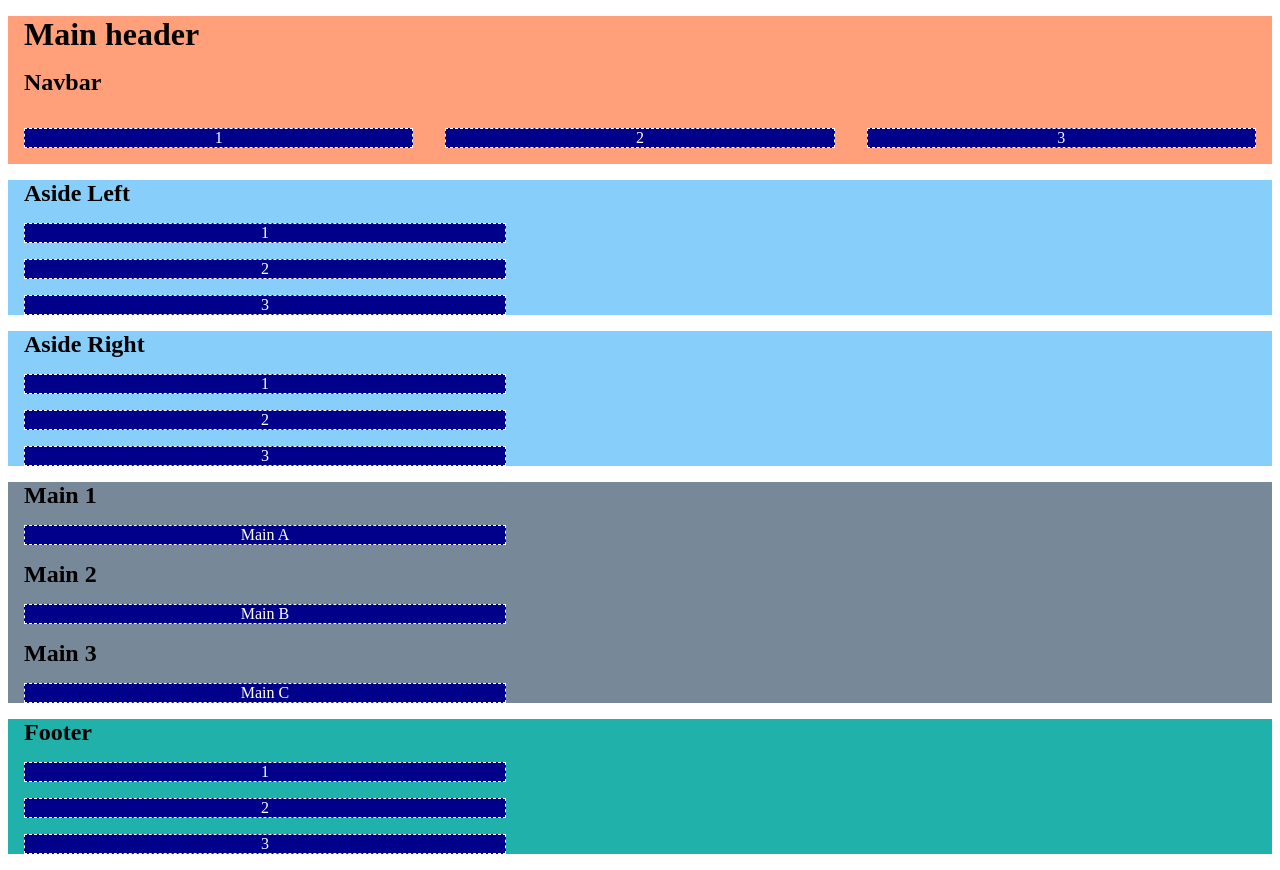
Repository: Colo-Codes/code-practice
Page: 02-css-practice-10-RWD.html
The author's editor kept a copy of each file at every save. The page is drawn from the files as they stood at one save, then again after the next save.
The browser window is 1280 px wide. The pictures show the whole page.

Above is the page before, as saved 2021-06-07 08:34:17.

After the next save:
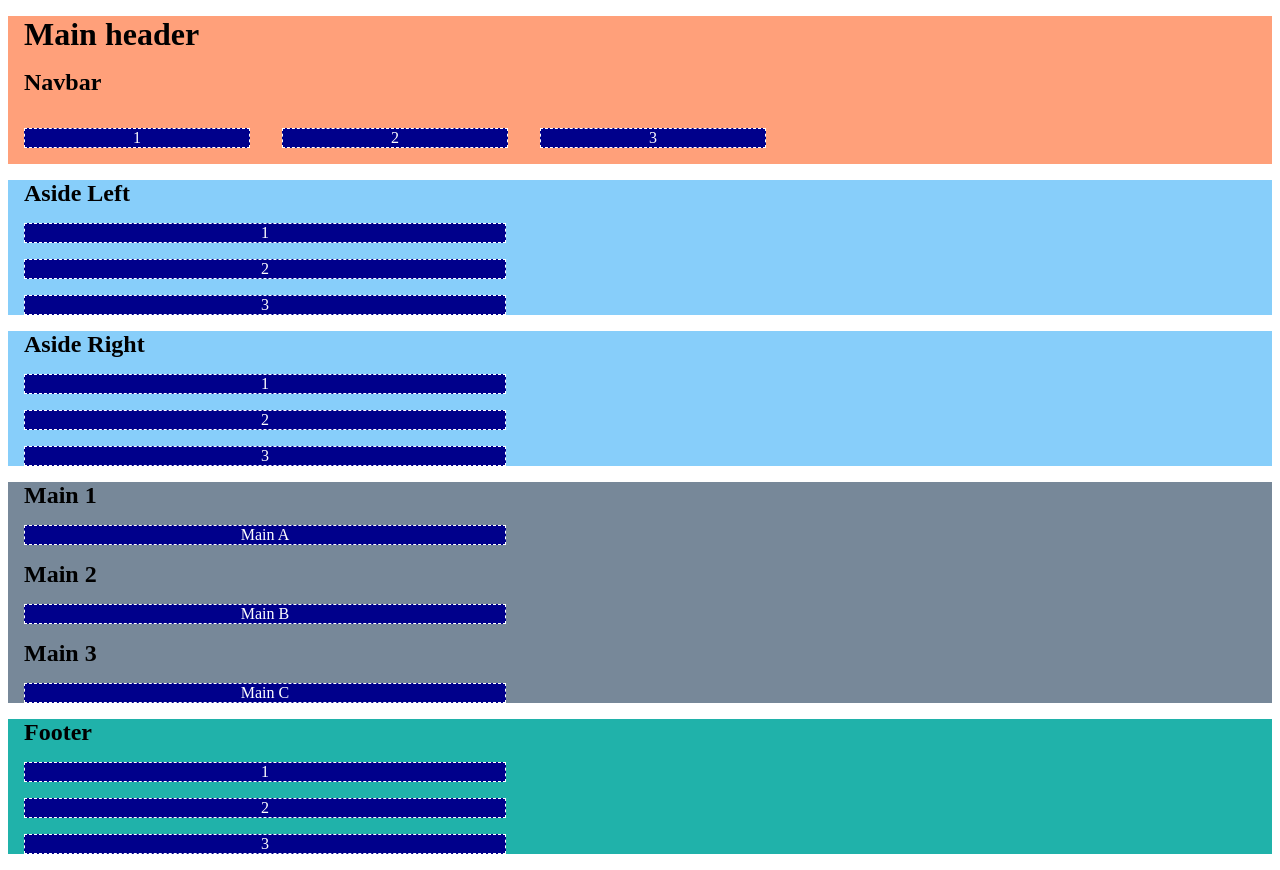
Saved 6 min 28 s later.
--- a/02-css-practice-10-RWD.html
+++ b/02-css-practice-10-RWD.html
@@ -38,7 +38,7 @@
             /* flex: 1 1 auto; */
         }
         .nav-boxes {
-            flex-basis: 60rem;
+            flex-basis: 14rem;
 
         }
     </style>

After the save that followed:
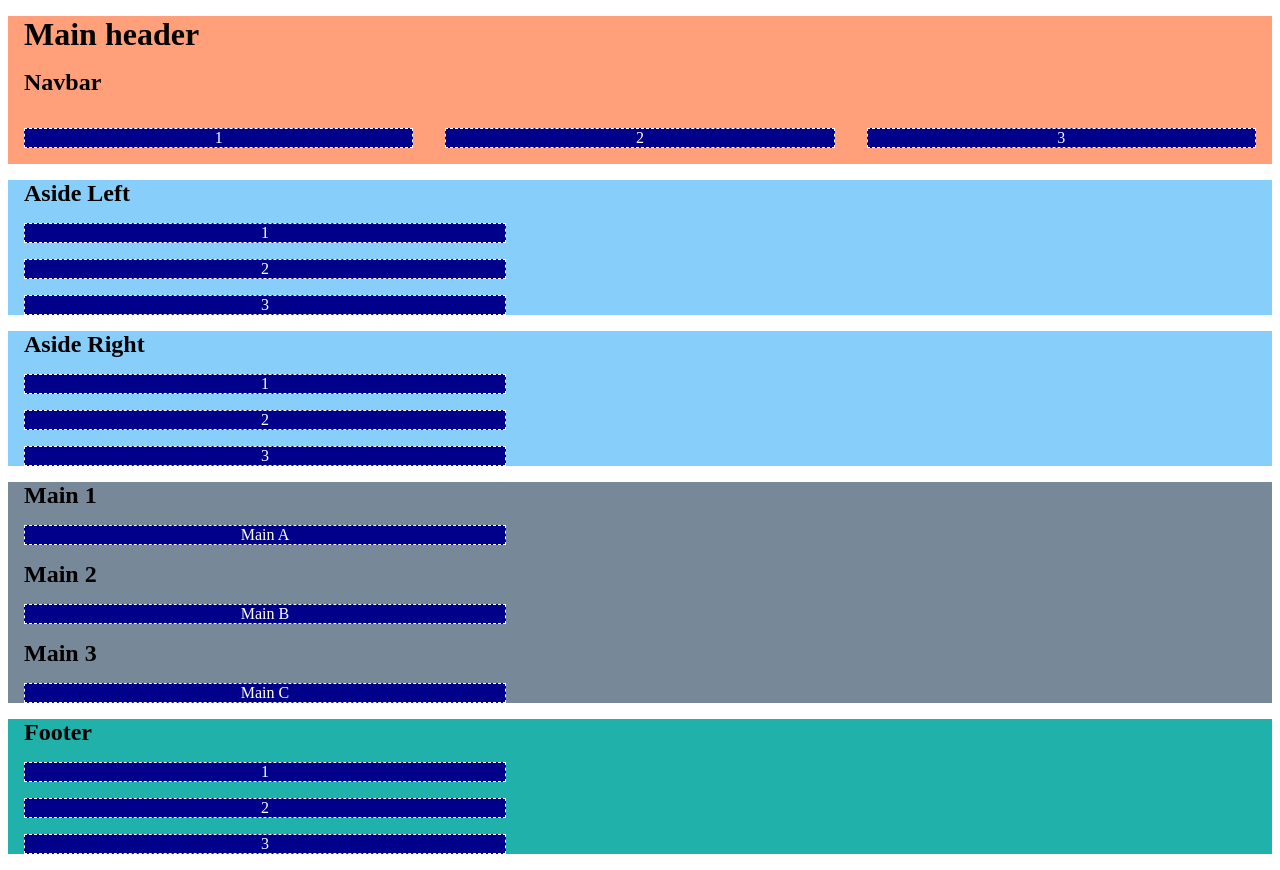
Saved 5 s later.
--- a/02-css-practice-10-RWD.html
+++ b/02-css-practice-10-RWD.html
@@ -38,7 +38,7 @@
             /* flex: 1 1 auto; */
         }
         .nav-boxes {
-            flex-basis: 14rem;
+            flex-basis: 60rem;
 
         }
     </style>
